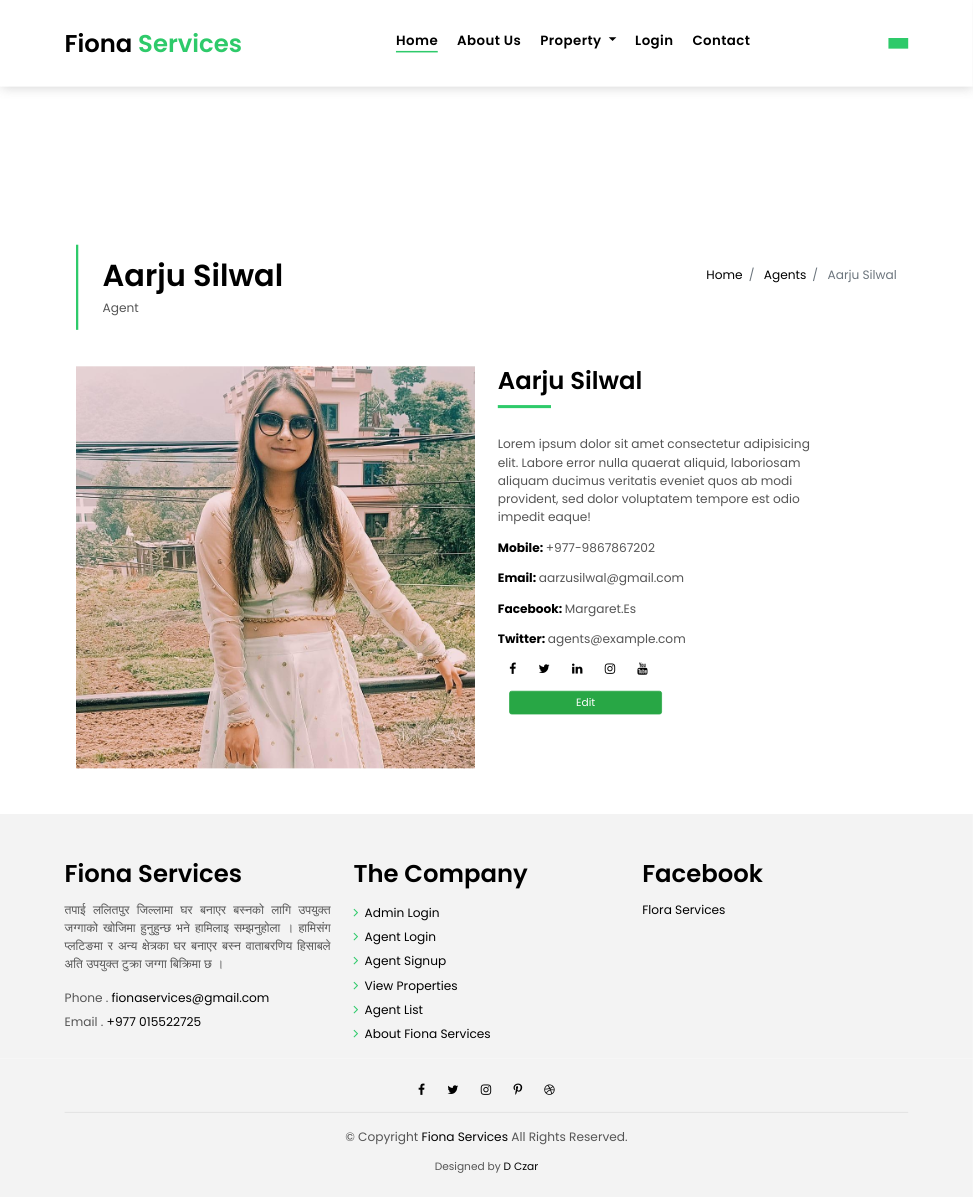
Repository: Sjuicyy/realstate
Page: profile.html
These files come from the project's save history. The page is drawn as it stood at one moment and after the next save; the edit follows.
The browser window is 1280 px wide. The pictures show the whole page, at 76% of full size.

Above is the page before, as saved 2022-10-15 10:18:47.

After the next save:
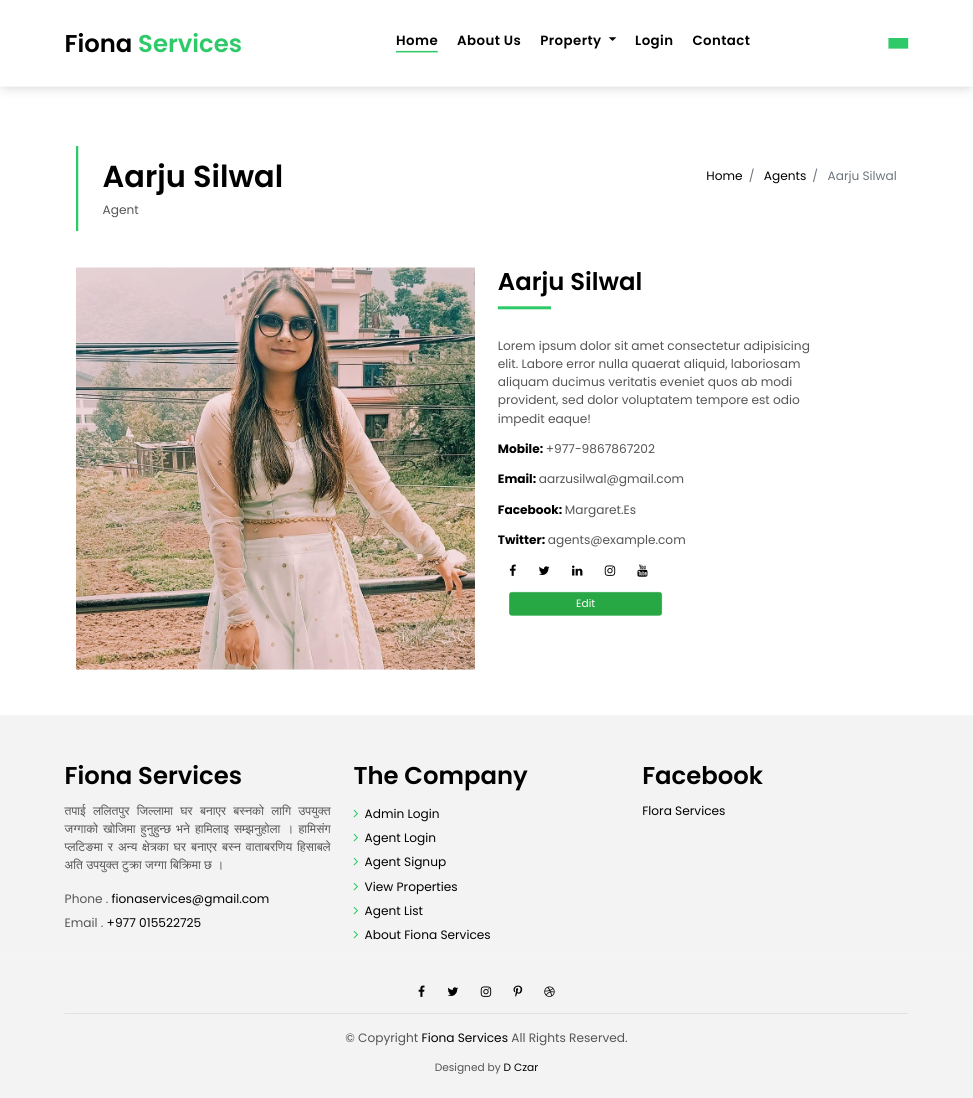
Saved 34 s later.
--- a/profile.html
+++ b/profile.html
@@ -84,7 +84,7 @@
         </div>
     </nav>
     <!--/ Nav End /-->
-    <div class="container" style="margin-top:130px;">
+    <div class="container" style="margin-top:0px;">
         <!-- ======= Intro Single ======= -->
         <section class="intro-single">
             <div class="container">
